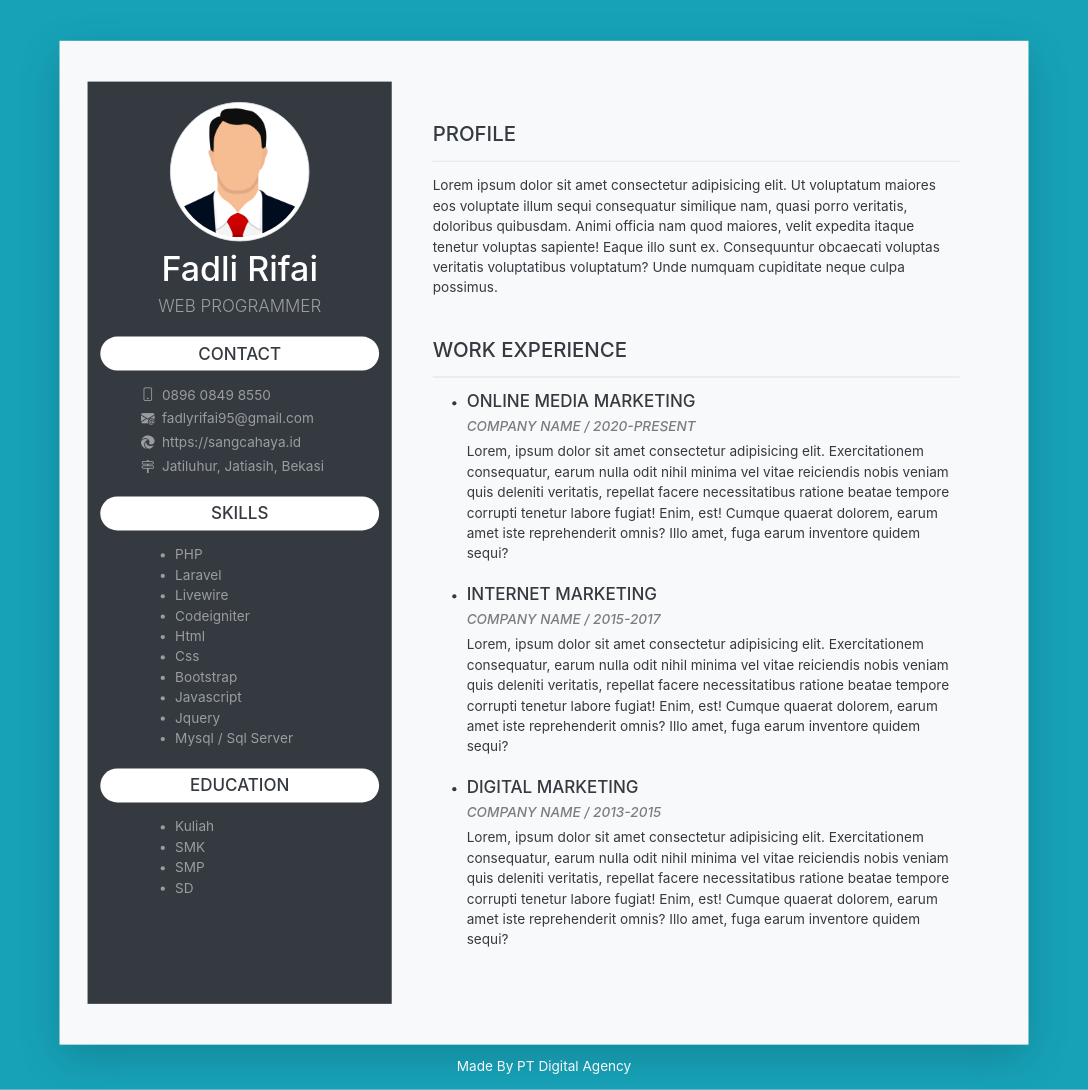
Repository: fadlyyy/fadlyyy.github.io
Page: index.html
An editor plug-in stored every save of this project. The page is shown before and after the next save, followed by the edit.
The browser window is 1280 px wide. The pictures show the whole page, at 85% of full size.

Above is the page before, as saved 2024-01-30 11:55:36.

### index.html
<!DOCTYPE html>
<html lang="en">

<head>
     <!-- Required meta tags -->
     <meta charset="utf-8" />
     <meta name="viewport" content="width=device-width, initial-scale=1, shrink-to-fit=no" />

     <!-- Bootstrap CSS -->
     <link rel="stylesheet" href="https://cdn.jsdelivr.net/npm/bootstrap@4.6.2/dist/css/bootstrap.min.css"
          integrity="sha384-xOolHFLEh07PJGoPkLv1IbcEPTNtaed2xpHsD9ESMhqIYd0nLMwNLD69Npy4HI+N" crossorigin="anonymous" />

     <!-- Icon -->
     <link rel="stylesheet" href="https://cdn.jsdelivr.net/npm/bootstrap-icons@1.11.3/font/bootstrap-icons.min.css" />

     <link rel="stylesheet" href="style.css" />

     <title>Hello, world!</title>
</head>

<body class="bg-info">
     <div class="container p-5 bg-light mt-5 mb-5 shadow shadow-lg">
          <div class="row">
               <div class="col-lg-4 bg-dark text-white text-center py-4">
                    <div class="header-left">
                         <img src="img/profile.png"
                              alt="" class="img-thumbnail rounded-circle mb-2 w-50 h-50" />
                         <h1 class="display-5">Fadli Rifai</h1>
                         <h4 class="lead text-uppercase text-white-50 mb-4">Web Programmer</h4>
                    </div>

                    <!-- general info -->
                    <div class="general-info">
                         <h5 class="text-uppercase bg-white text-dark py-2 rounded-pill">contact</h5>

                         <ul class="list-unstyled text-white-50 py-2 text-left ml-5">
                              <li class="list-item mb-1">
                                   <p>
                                        <i class="bi bi-phone mr-1"></i> 0896 0849 8550
                                   </p>
                              </li>
                              <li class="list-item mb-1 text-wrap w-75">
                                   <p>
                                        <i class="bi bi-envelope-at-fill mr-1"></i> fadlyrifai95@gmail.com
                                   </p>
                              </li>
                              <li class="list-item mb-1">
                                   <p>
                                        <i class="bi bi-browser-edge mr-1"></i> https://sangcahaya.id
                                   </p>
                              </li>
                              <li class="list-item">
                                   <i class="bi bi-signpost-2 mr-1"></i>
                                   Jatiluhur, Jatiasih, Bekasi
                              </li>
                         </ul>
                    </div>

                    <!-- skills -->
                    <div>
                         <h5 class="text-uppercase bg-white text-dark py-2 rounded-pill">skills</h5>
                         <ul class="list text-white-50 ml-5 py-2 text-left text-capitalize">
                              <li class="list-item">PHP</li>
                              <li class="list-item">laravel</li>
                              <li class="list-item">livewire</li>
                              <li class="list-item">codeigniter</li>
                              <li class="list-item">html</li>
                              <li class="list-item">css</li>
                              <li class="list-item">bootstrap</li>
                              <li class="list-item">javascript</li>
                              <li class="list-item">jquery</li>
                              <li class="list-item">mysql / sql server</li>
                         </ul>
                    </div>

                    <!-- educations -->
                    <div>
                         <h5 class="text-uppercase bg-white text-dark py-2 rounded-pill">education</h5>
                         <ul class="list text-white-50 ml-5 py-2 text-left text-capitalize">
                              <li class="list-item">Kuliah</li>
                              <li class="list-item">SMK</li>
                              <li class="list-item">SMP</li>
                              <li class="list-item">SD</li>
                         </ul>
                    </div>
               </div>

               <div class="col-lg-8 bg-light text-dark py-5 px-5 right-side">
                    <div class="header-right">
                         <h4 class="text-uppercase">Profile</h4>
                         <hr />
                         <p>
                              Lorem ipsum dolor sit amet consectetur adipisicing elit. Ut voluptatum maiores eos
                              voluptate illum sequi consequatur similique nam, quasi porro veritatis, doloribus
                              quibusdam. Animi officia nam quod maiores, velit expedita
                              itaque tenetur voluptas sapiente! Eaque illo sunt ex. Consequuntur obcaecati voluptas
                              veritatis voluptatibus voluptatum? Unde numquam cupiditate neque culpa possimus.
                         </p>
                    </div>

                    <div class="mt-5">
                         <h4 class="text-uppercase">work experience</h4>
                         <hr>

                         <ul class="list">
                              <li class="list-item">
                                   <h5 class="display-6 text-uppercase">online media marketing</h5>
                                   <h6 class="text-uppercase text-black-50 font-italic">company name / 2020-present</h6>
                                   <p>Lorem, ipsum dolor sit amet consectetur adipisicing elit. Exercitationem consequatur, earum nulla odit nihil minima vel vitae reiciendis nobis veniam quis deleniti veritatis, repellat facere necessitatibus ratione beatae tempore corrupti tenetur labore fugiat! Enim, est! Cumque quaerat dolorem, earum amet iste reprehenderit omnis? Illo amet, fuga earum inventore quidem sequi?</p>
                              </li>

                              <li class="list-item mt-4">
                                   <h5 class="display-6 text-uppercase">internet marketing</h5>
                                   <h6 class="text-uppercase text-black-50 font-italic">company name / 2015-2017</h6>
                                   <p>Lorem, ipsum dolor sit amet consectetur adipisicing elit. Exercitationem consequatur, earum nulla odit nihil minima vel vitae reiciendis nobis veniam quis deleniti veritatis, repellat facere necessitatibus ratione beatae tempore corrupti tenetur labore fugiat! Enim, est! Cumque quaerat dolorem, earum amet iste reprehenderit omnis? Illo amet, fuga earum inventore quidem sequi?</p>
                              </li>

                              <li class="list-item mt-4">
                                   <h5 class="display-6 text-uppercase">digital marketing</h5>
                                   <h6 class="text-uppercase text-black-50 font-italic">company name / 2013-2015</h6>
                                   <p>Lorem, ipsum dolor sit amet consectetur adipisicing elit. Exercitationem consequatur, earum nulla odit nihil minima vel vitae reiciendis nobis veniam quis deleniti veritatis, repellat facere necessitatibus ratione beatae tempore corrupti tenetur labore fugiat! Enim, est! Cumque quaerat dolorem, earum amet iste reprehenderit omnis? Illo amet, fuga earum inventore quidem sequi?</p>
                              </li>
                         </ul>
                    </div>
               </div>
          </div>
     </div>
     <!-- Optional JavaScript; choose one of the two! -->

     <!-- footer -->
     <div class="footer">
          <p class="text-light text-center text-capitalize" style="margin-top: -35px;">made by PT Digital Agency</p>
     </div>

     <!-- Option 1: jQuery and Bootstrap Bundle (includes Popper) -->
     <script src="https://cdn.jsdelivr.net/npm/jquery@3.5.1/dist/jquery.slim.min.js"
          integrity="sha384-DfXdz2htPH0lsSSs5nCTpuj/zy4C+OGpamoFVy38MVBnE+IbbVYUew+OrCXaRkfj"
          crossorigin="anonymous"></script>
     <script src="https://cdn.jsdelivr.net/npm/bootstrap@4.6.2/dist/js/bootstrap.bundle.min.js"
          integrity="sha384-Fy6S3B9q64WdZWQUiU+q4/2Lc9npb8tCaSX9FK7E8HnRr0Jz8D6OP9dO5Vg3Q9ct"
          crossorigin="anonymous"></script>

     <!-- Option 2: Separate Popper and Bootstrap JS -->
     <!--
    <script src="https://cdn.jsdelivr.net/npm/jquery@3.5.1/dist/jquery.slim.min.js" integrity="sha384-DfXdz2htPH0lsSSs5nCTpuj/zy4C+OGpamoFVy38MVBnE+IbbVYUew+OrCXaRkfj" crossorigin="anonymous"></script>
    <script src="https://cdn.jsdelivr.net/npm/popper.js@1.16.1/dist/umd/popper.min.js" integrity="sha384-9/reFTGAW83EW2RDu2S0VKaIzap3H66lZH81PoYlFhbGU+6BZp6G7niu735Sk7lN" crossorigin="anonymous"></script>
    <script src="https://cdn.jsdelivr.net/npm/bootstrap@4.6.2/dist/js/bootstrap.min.js" integrity="sha384-+sLIOodYLS7CIrQpBjl+C7nPvqq+FbNUBDunl/OZv93DB7Ln/533i8e/mZXLi/P+" crossorigin="anonymous"></script>
    -->
</body>

</html>

### style.css
.general-info ul li p {
    margin: 0;
}

/* Media Query */
/* Extra Large */
@media (max-width: 1200px) {

}

/* Laptop */
@media (max-width: 992px) {

}

/* Tablet */
@media (max-width: 768px) {

}

/* Mobile */
@media (max-width: 576px) {
    .right-side {
        padding-left: 0;
    }
}

After the next save:
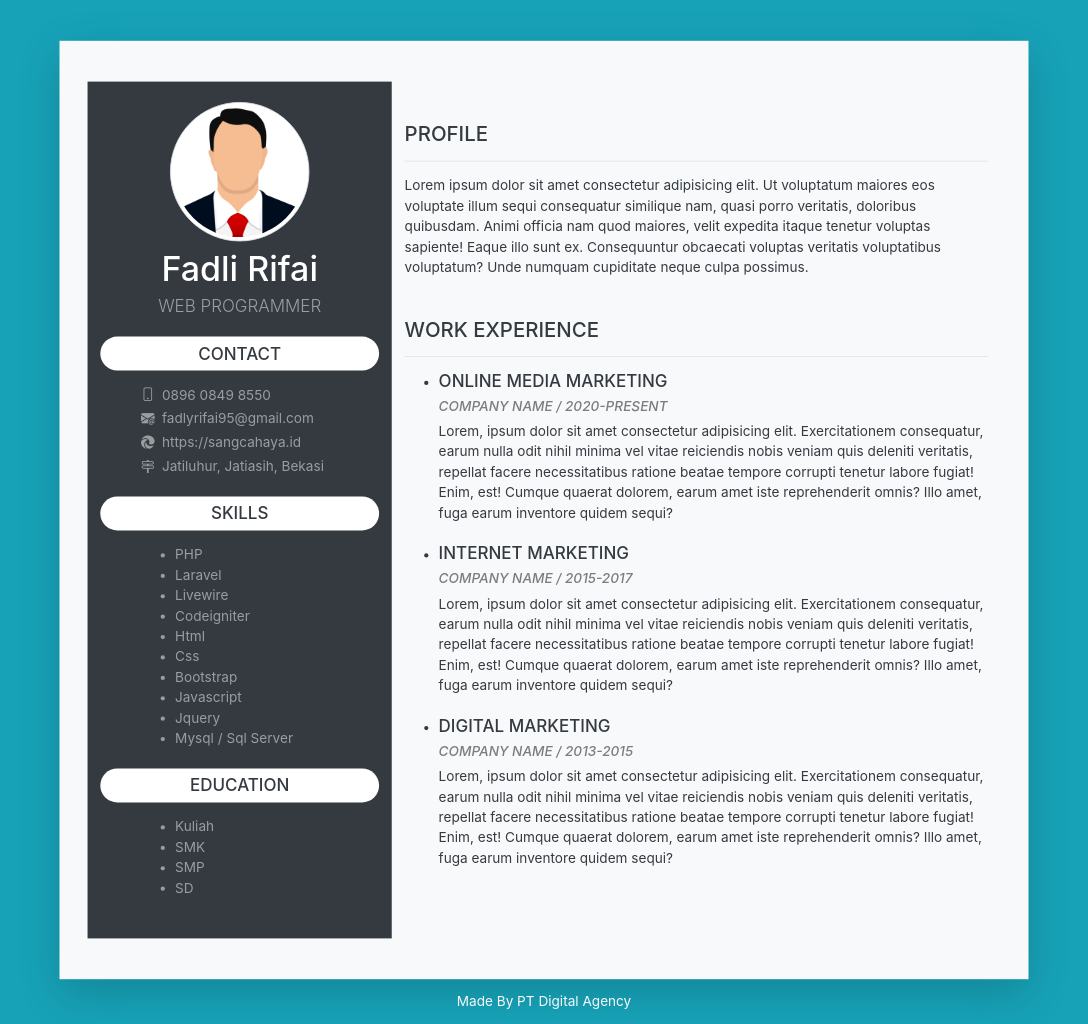
Saved 17 s later.
--- a/index.html
+++ b/index.html
@@ -85,7 +85,7 @@
                     </div>
                </div>
 
-               <div class="col-lg-8 bg-light text-dark py-5 px-5 right-side">
+               <div class="col-lg-8 bg-light text-dark py-5 right-side">
                     <div class="header-right">
                          <h4 class="text-uppercase">Profile</h4>
                          <hr />

After the save that followed:
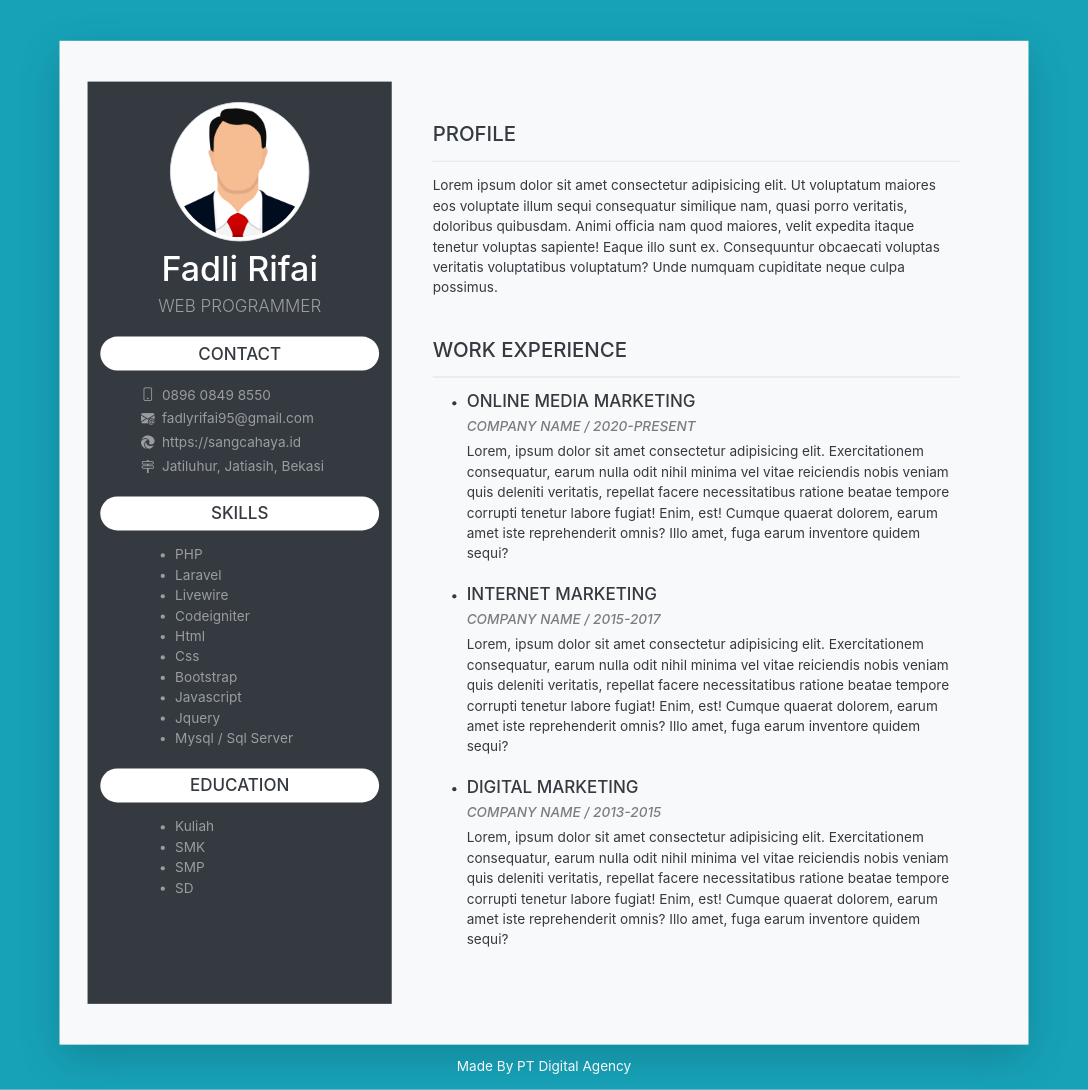
Saved 12 s later.
--- a/index.html
+++ b/index.html
@@ -85,7 +85,7 @@
                     </div>
                </div>
 
-               <div class="col-lg-8 bg-light text-dark py-5 right-side">
+               <div class="col-lg-8 bg-light text-dark py-5 px-5 right-side">
                     <div class="header-right">
                          <h4 class="text-uppercase">Profile</h4>
                          <hr />
